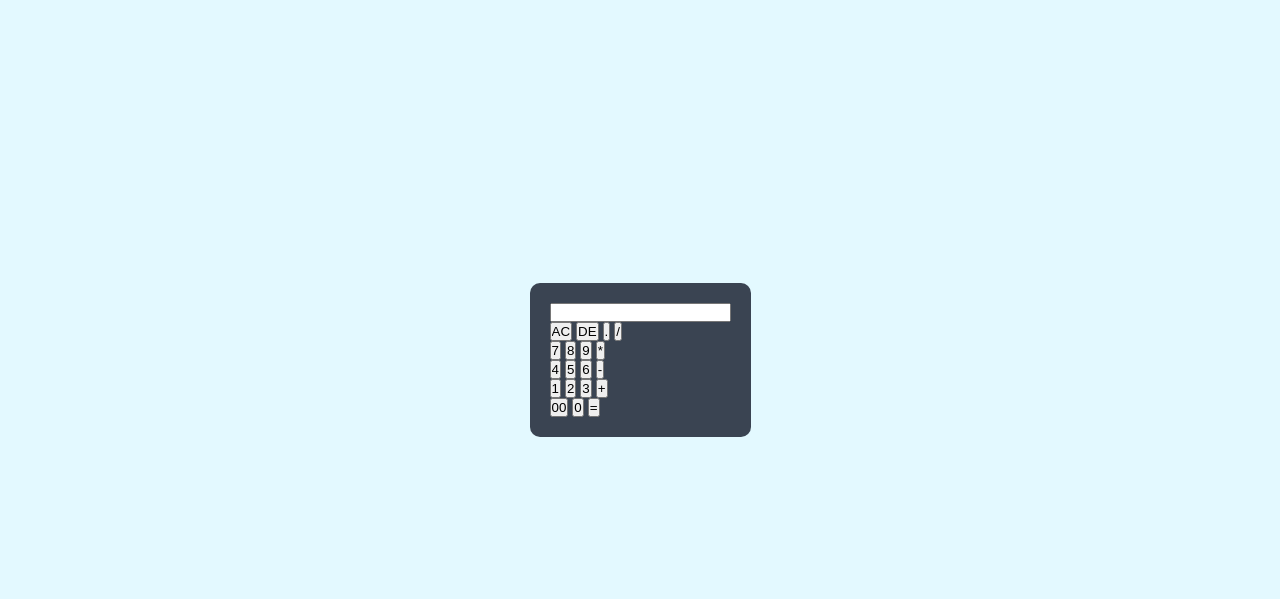
Repository: joeltorcato/CALCULATOR
Page: index.html
These files come from the project's save history. The page is drawn as it stood at one moment and after the next save; the edit follows.
The browser window is 1280 px wide. The pictures show the whole page.

Above is the page before, as saved 2023-12-31 19:01:13.

### index.html
<!DOCTYPE html>
<html lang="en">
<head>
    <meta charset="UTF-8">
    <meta name="viewport" content="width=device-width, initial-scale=1.0">
    <link rel="stylesheet" href="style.css">
    <title>CALCULATOR | JOEL TORCATO</title>
</head>
<body>
    <div class="container">
        <div class="calculator">
            <form>
                <div>
                    <input type="text" name="display">
                </div>
                <div>
                    <input type="button" value="AC">
                    <input type="button" value="DE">
                    <input type="button" value=".">
                    <input type="button" value="/">
                </div>
                <div>
                    <input type="button" value="7">
                    <input type="button" value="8">
                    <input type="button" value="9">
                    <input type="button" value="*">
                </div>
                <div>
                    <input type="button" value="4">
                    <input type="button" value="5">
                    <input type="button" value="6">
                    <input type="button" value="-">
                </div>
                <div>
                    <input type="button" value="1">
                    <input type="button" value="2">
                    <input type="button" value="3">
                    <input type="button" value="+">
                </div>
                <div>
                    <input type="button" value="00">
                    <input type="button" value="0">
                    <input type="button" value="=">
                </div>
            </form>
        </div>
    </div>
</body>
</html>

### style.css
*{
    margin: 0;
    padding: 0;
    font-family: 'Poppins' sans-serif;
    box-sizing: border-box;
}

/*container*/
.container{
    width: 100%;
    height: 100vh;
    background: #e3f9ff;
    display: flex;
    align-items: center;
    justify-content: center;
}

/*calculator*/
.calculator{
    background: #3a4452;
    padding: 20px;
    border-radius: 10px;
}

After the next save:
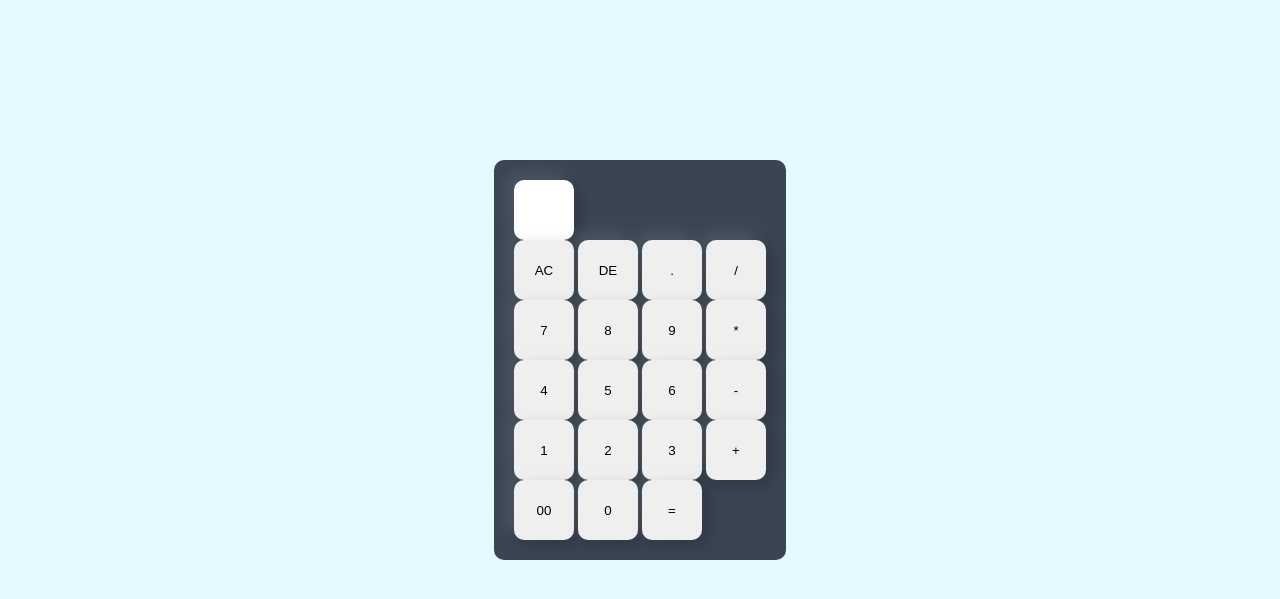
Saved 2 min 35 s later.
--- a/style.css
+++ b/style.css
@@ -21,3 +21,12 @@
     padding: 20px;
     border-radius: 10px;
 }
+
+.calculator form input{
+    border: 0;
+    outline: 0;
+    width: 60px;
+    height: 60px;
+    border-radius: 10px;
+    box-shadow: -8px -8px 15px rgba(255, 255, 255, 0.1),5px 5px 15px rgba(0, 0, 0, 0.2);
+}
